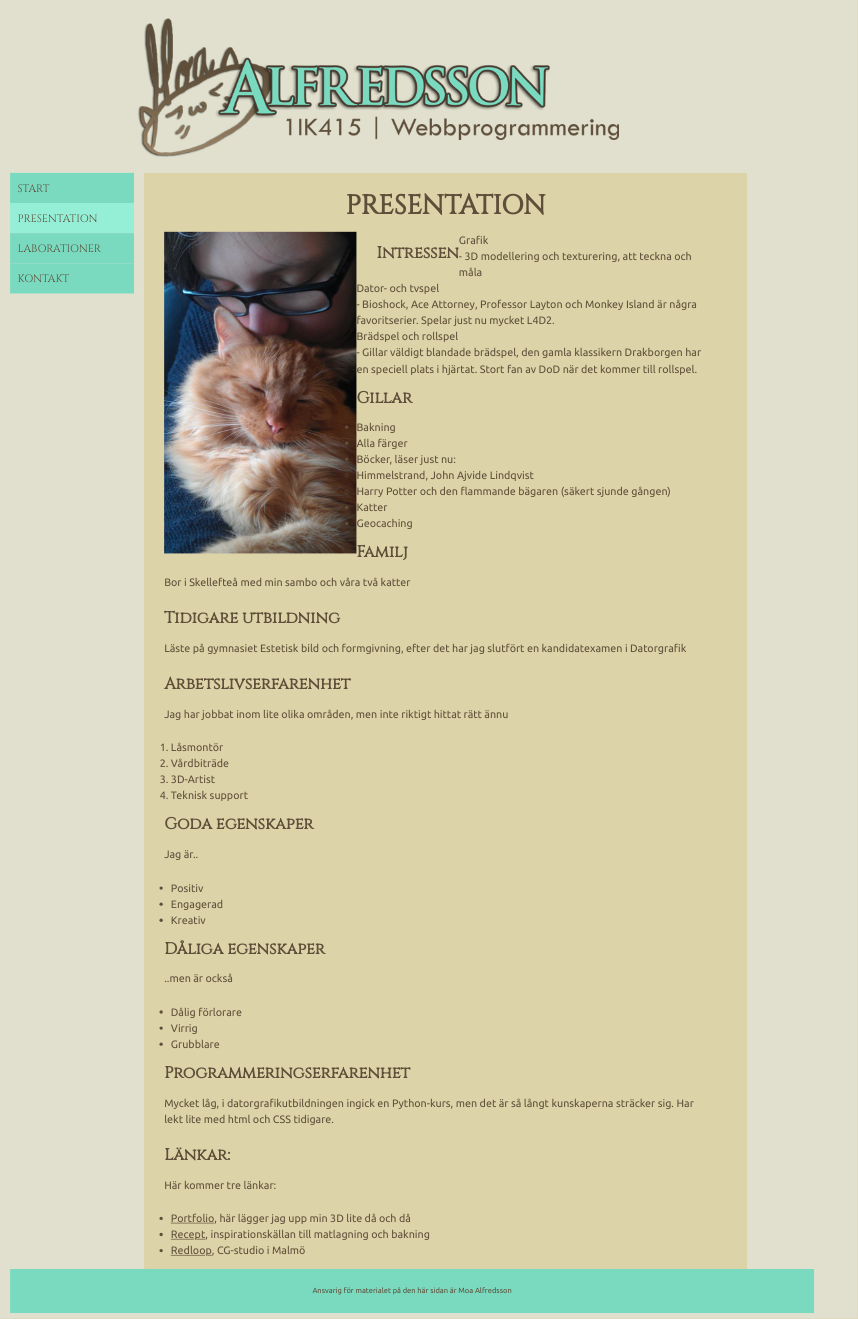
Repository: ma223md/1ik415
Page: Pages/presentation.html
The author's editor kept a record of every edit. The page is drawn from the files as they stood at one moment, then again after the next edit.
The browser window is 1280 px wide. The pictures show the whole page, at 67% of full size.

Above is the page before.

After the next edit:
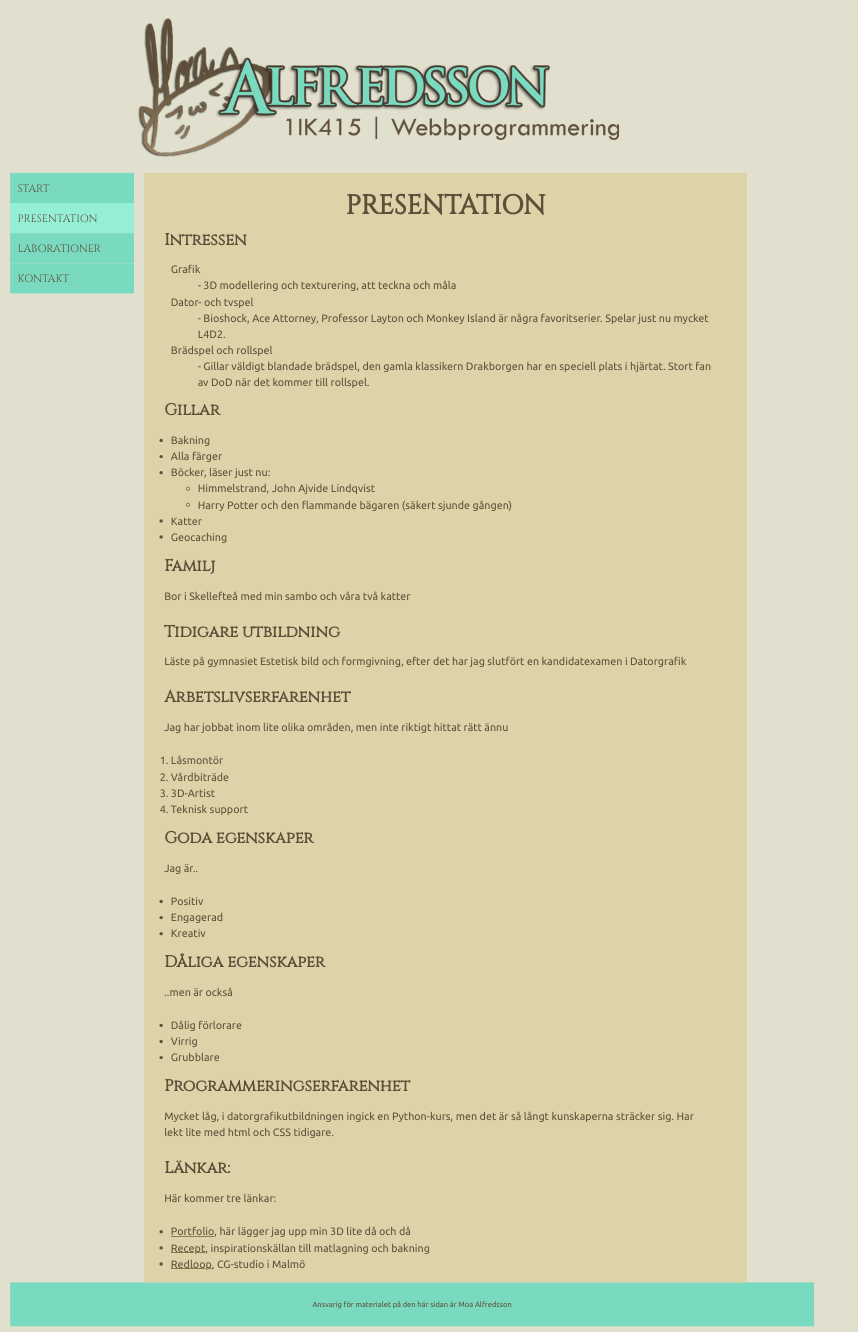
The edit:
--- a/Pages/presentation.html
+++ b/Pages/presentation.html
@@ -25,8 +25,8 @@
 
             <div id="content">
                 <h1>Presentation</h1>
-                <img src="../Pictures/image1.jpg" alt="visningsbild" id="Jag med min orangea katt i famnen" class="TextWrap">
-                <h2 class="TextWrap">Intressen</h2>
+
+                <h2>Intressen</h2>
                     <dl>
                         <dt>Grafik</dt>
                         <dd>- 3D modellering och texturering, att teckna och måla</dd>
